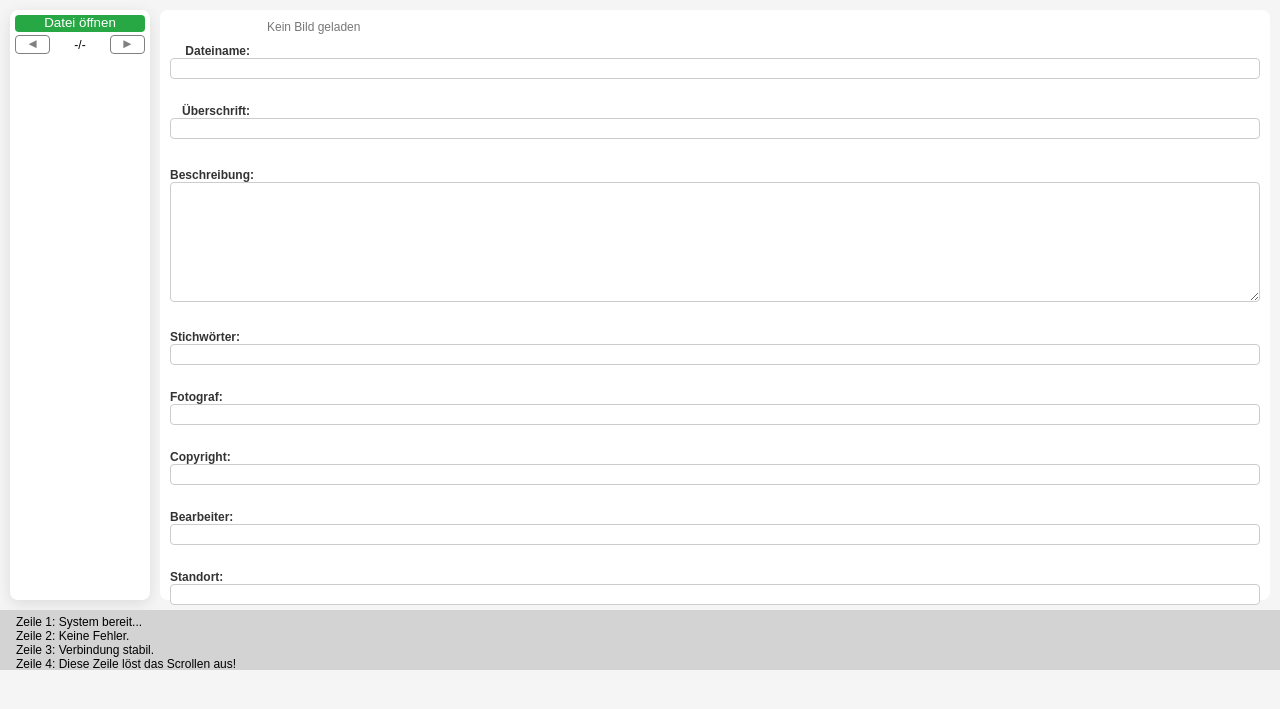
Repository: h-fahle/metadata
Page: ui/index.html
The author's editor kept a copy of each file at every save. The page is drawn from the files as they stood at one save, then again after the next save.
The browser window is 1280 px wide. The pictures show the whole page.

Above is the page before, as saved 2026-08-19 15:10:45.

After the next save:
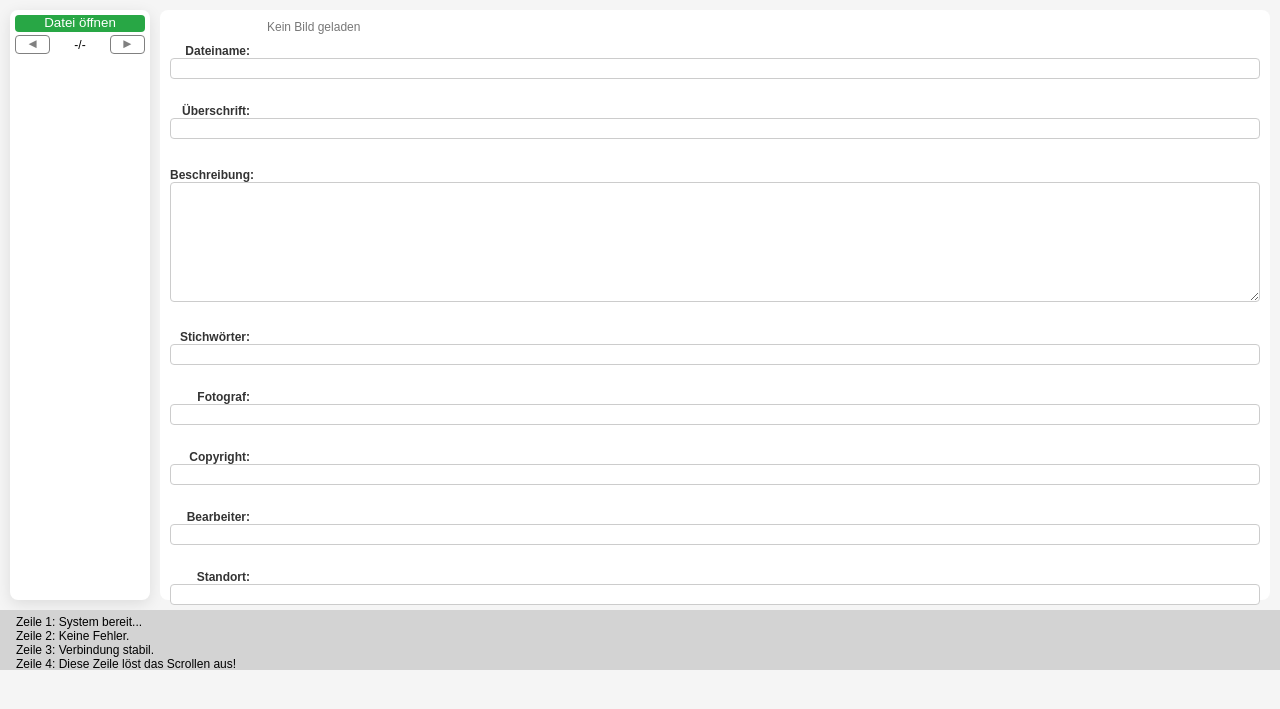
Saved 40 s later.
--- a/ui/index.html
+++ b/ui/index.html
@@ -54,7 +54,7 @@ Im Stapelmodus: Ordnername is nicht änderbar.!">
 				<input type="text" id="caption" name="caption"/>
 			</div>
 
-			<div class="form-row, tooltip" data-tooltip=
+			<div class="form-row tooltip" data-tooltip=
 "Beschreibender Text in beliebiger Länge.
 (Im Stapelmodus wird der eingegebene Text
    an vorhandenen angehängt.)
@@ -64,7 +64,7 @@ Hinweis: Einige Programme zeigen nur 2.000 Zeichen
 				<textarea id="description" name="description" style="min-height: 60px;"></textarea>
 			</div>
 
-			<div class="form-row, tooltip" data-tooltip=
+			<div class="form-row tooltip" data-tooltip=
 "Komma-separierte Liste. Groß-/Kleinschreibung beachten.
 Im Stapelmodus werden die eingegebenen Stichwörter
    an vorhandene angehängt.">
@@ -72,14 +72,14 @@ Im Stapelmodus werden die eingegebenen Stichwörter
 				<input type="text" id="keywords" name="keywords"/>
 			</div>
 
-			<div class="form-row, tooltip" data-tooltip=
+			<div class="form-row tooltip" data-tooltip=
 "Urheber, Ersteller, Autor
 (Tags: Artitst, Creator, By-line)">
 				<label for="creator">Fotograf:</label>
 				<input type="text" id="creator" name="creator"/>
 			</div>
 
-			<div class="form-row, tooltip" data-tooltip=
+			<div class="form-row tooltip" data-tooltip=
 "Urheberrechtshinweis; enthält in der Regel:
 Name des Fotografen, Aufnahmejahr und Nutzungsrechte;
 (z.B. 'Copyright [1975] [Mustermann], Alle Rechte vorbehalten')">
@@ -87,14 +87,14 @@ Name des Fotografen, Aufnahmejahr und Nutzungsrechte;
 				<input type="text" id="copyright" name="copyright"/>
 			</div>
 
-			<div class="form-row, tooltip" data-tooltip=
+			<div class="form-row tooltip" data-tooltip=
 "Verfasser der Metadaten
 (Tags: Caption Writer, Writer Editor)">
 				<label for="editor">Bearbeiter:</label>
 				<input type="text" id="editor" name="editor"/>
 			</div>
 
-			<div class="form-row, tooltip" data-tooltip=
+			<div class="form-row tooltip" data-tooltip=
 "GPS-Koordinaten in Dezimalgrad (51.49129, 8.43317).
 Ermitteln der Koordinaten in der Google Maps-Karte:
   1. mit rechter Maustaste auf den Standort klicken,
